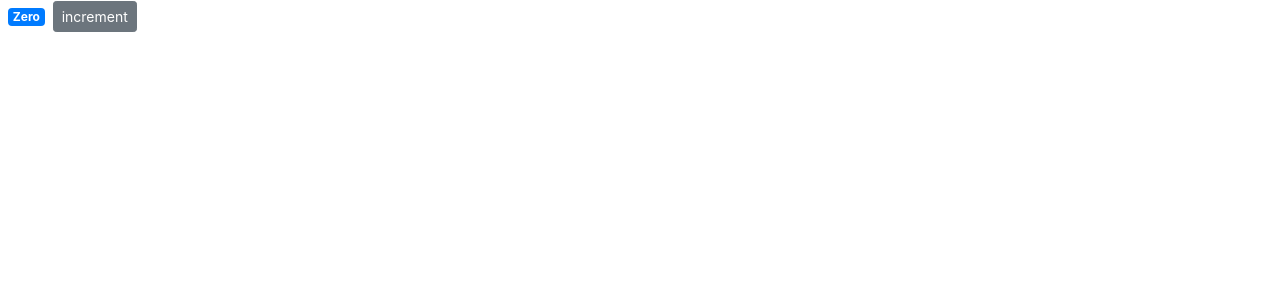
Repository: AvinashLikesToLearnNewStuff/Counter_app
Page: /
An editor plug-in stored every save of this project. The page is shown before and after a run of saves, followed by the edit.
The browser window is 1280 px wide. The pictures show the whole page.
The project was rebuilt for these pictures with package versions that can differ from the ones it lists, and the page was loaded fresh each time. Also part of the build but not shown: src/components/navbar.jsx, src/App.css, src/App.js. Imported but missing from the stored project, and not drawn on this page: src/components/counters.

Above is the page before, as saved 2023-02-27 13:14:45.

### src/index.js
import React from "react";
import ReactDOM from "react-dom/client";
import "./index.css";
import App from "./App";
import reportWebVitals from "./reportWebVitals";
import Counter from "./components/counter";
import "bootstrap/dist/css/bootstrap.css";

const root = ReactDOM.createRoot(document.getElementById("root"));
root.render(
  <React.StrictMode>
    <Counter />
  </React.StrictMode>
);

// If you want to start measuring performance in your app, pass a function
// to log results (for example: reportWebVitals(console.log))
// or send to an analytics endpoint. Learn more: https://bit.ly/CRA-vitals
reportWebVitals();

### src/components/counter.jsx
import React, { Component } from "react";

class Counter extends Component {
  state = {
    count: 0,
    imageUrl: "https://picsum.photos/200",
  };

  render() {
    return (
      <div>
        <span className="badge badge-primary m-2">{this.formatCount()}</span>
        <button className="btn btn-secondary btn-sm">increment</button>
      </div>
    );
  }

  formatCount() {
    const { count } = this.state;
    return count === 0 ? "Zero" : count;
  }
}

export default Counter;

Loaded but not shown: public/index.html (common file); src/index.css (common file); src/reportWebVitals.js (common file)

After the next 3 saves:
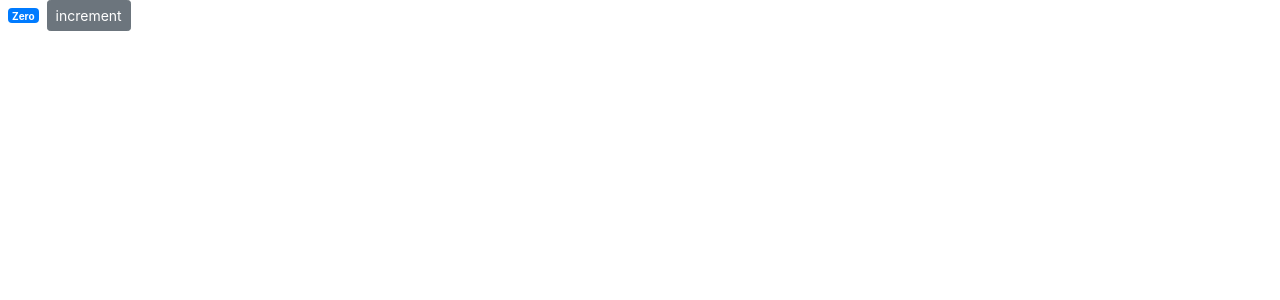
The 3 saves are shown as one change because 2 did not build or start.
The last was saved 10 min 35 s later.
--- a/src/components/counter.jsx
+++ b/src/components/counter.jsx
@@ -6,10 +6,17 @@ class Counter extends Component {
     imageUrl: "https://picsum.photos/200",
   };
 
+  styles = {
+    fontSize: 10,
+    fontWeight: "bold",
+  };
+
   render() {
     return (
       <div>
-        <span className="badge badge-primary m-2">{this.formatCount()}</span>
+        <span style={this.styles} className="badge badge-primary m-2">
+          {this.formatCount()}
+        </span>
         <button className="btn btn-secondary btn-sm">increment</button>
       </div>
     );
